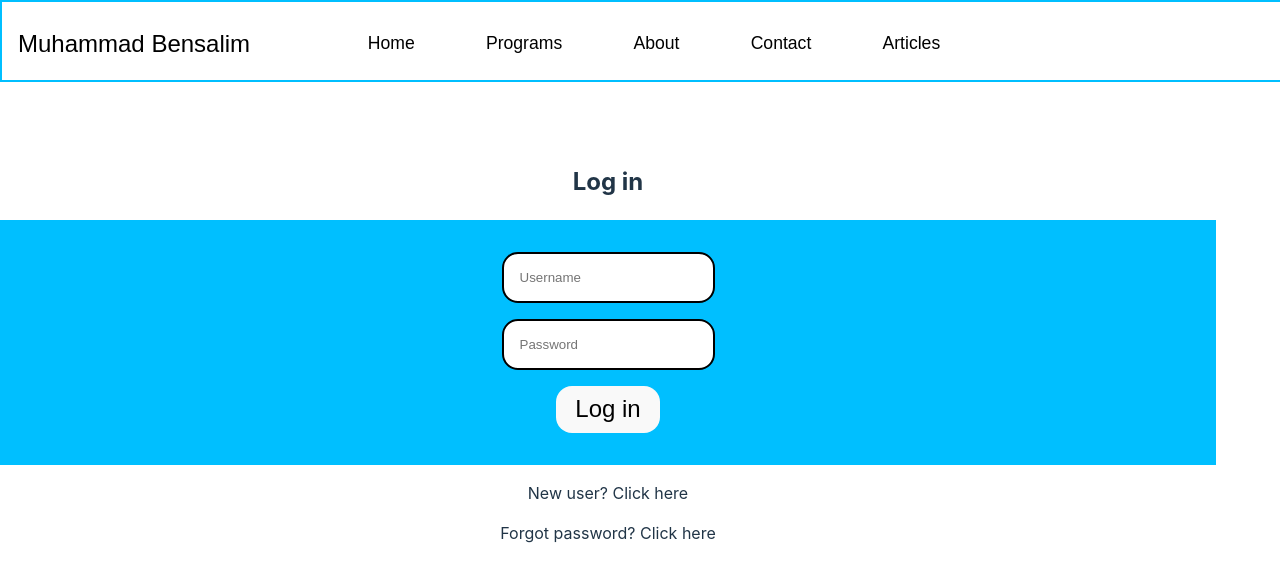
Repository: TMuse333/fitness_templates
Page: /progress
These files come from the project's save history. The page is drawn as it stood at one moment and after the next save; the edit follows.
The browser window is 1280 px wide. The pictures show the whole page.
The project was rebuilt for these pictures with package versions that can differ from the ones it lists, and the page was loaded fresh each time. Also part of the build but not shown: vite.config.js, src/components/herobanner/herobanner.css, src/components/herobanner/herobanner.jsx, src/components/about/about.css, src/components/about/about.jsx, src/components/serviceOffering/serviceOffering.css, src/components/serviceOffering/serviceOffering.jsx, src/data/data.js and 33 more. Imported but missing from the stored project, and not drawn on this page: src/media/best_dunk.mp4.

Above is the page before, as saved 2024-03-09 19:33:13.

After the next save:
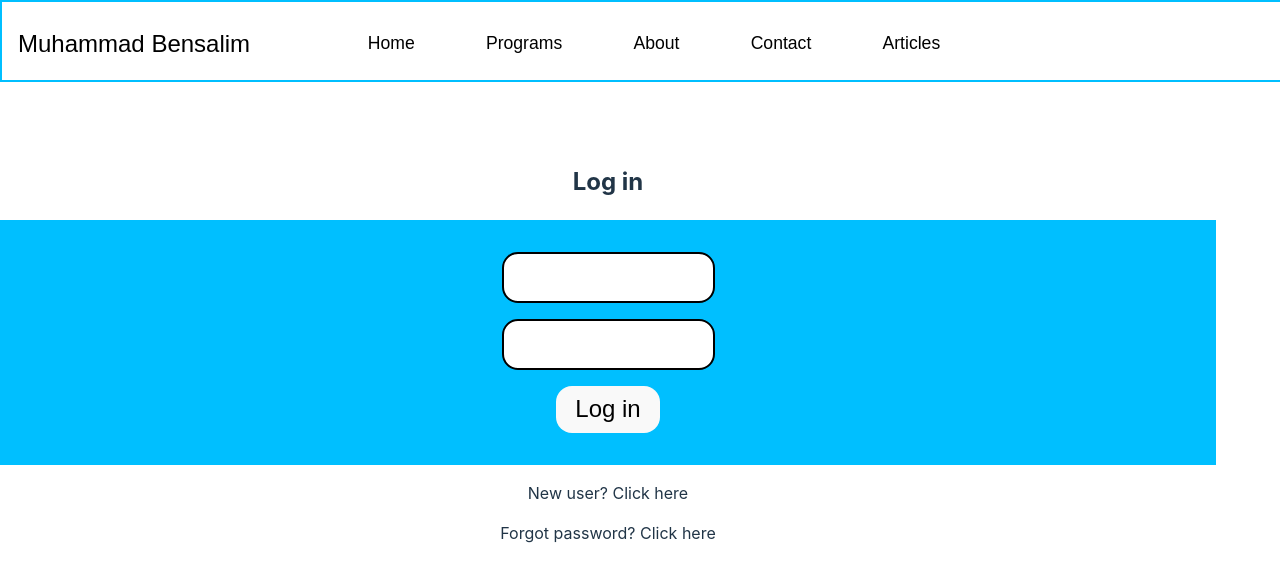
Saved 28 s later.
--- a/src/components/login/login.css
+++ b/src/components/login/login.css
@@ -13,6 +13,12 @@
 
 }
 
+.login-box input::placeholder {
+    /* Style the placeholder text here */
+    color: white;
+    opacity: 0.8; /* You can adjust the opacity if needed */
+  }
+
 .login-contanier{
     width:100vw;
 }
